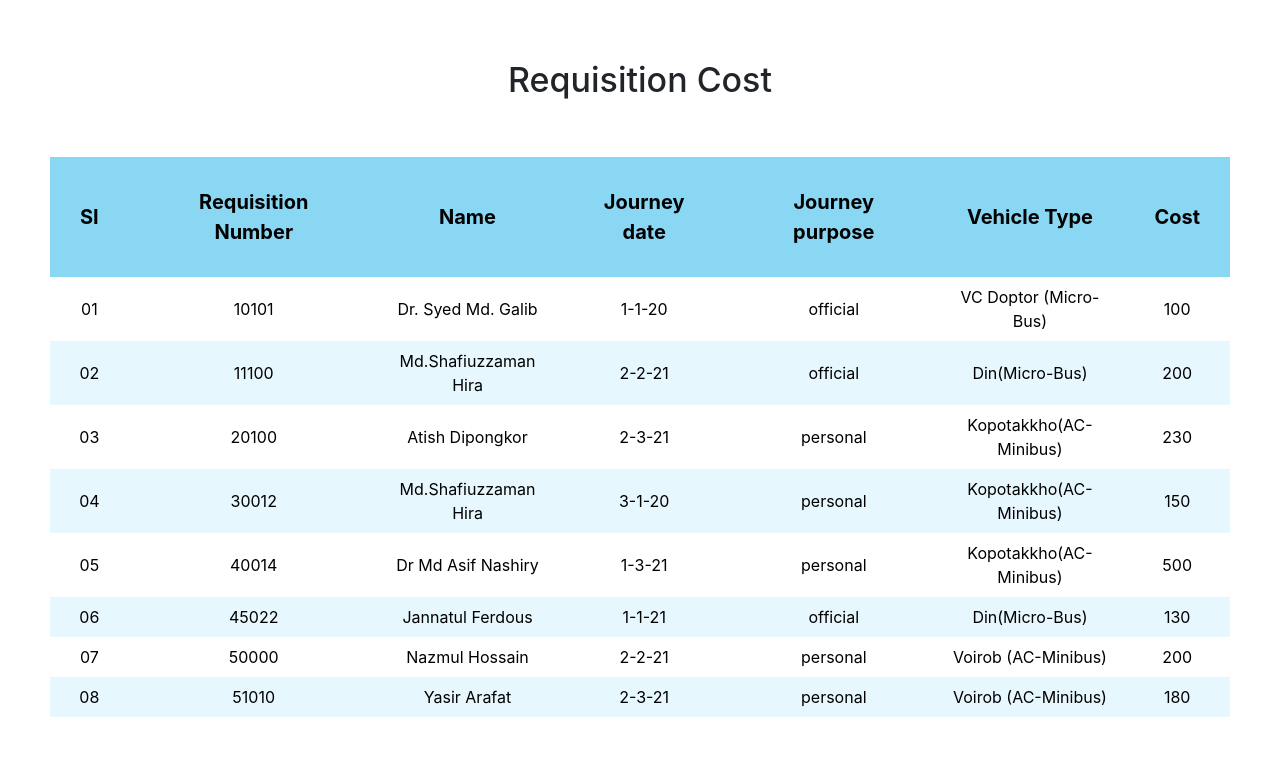
Repository: SMJNayeem/just-vms_project
Page: Front-End/html/Admin_cost.html
The author's editor kept a copy of each file at every save. The page is drawn from the files as they stood at one save, then again after the next save.
The browser window is 1280 px wide. The pictures show the whole page.

Above is the page before, as saved 2021-03-26 12:35:32.

### Front-End/html/Admin_cost.html
<!DOCTYPE html>
<html>

<head>
	<title> Admin cost </title>
</head>
<meta charset="UTF-8">
<meta http-equiv="X-UA-Compatible" content="IE=edge">
<meta name="viewport" content="width=device-width, initial-scale=1.0">
<title>My Cost</title>
<link rel="stylesheet" href="https://cdn.jsdelivr.net/npm/bootstrap@4.6.0/dist/css/bootstrap.min.css"
	integrity="sha384-B0vP5xmATw1+K9KRQjQERJvTumQW0nPEzvF6L/Z6nronJ3oUOFUFpCjEUQouq2+l" crossorigin="anonymous">
<link rel="preconnect" href="https://fonts.gstatic.com">
<link href="https://fonts.googleapis.com/css2?family=Roboto:wght@300;400;500;700&display=swap" rel="stylesheet">
<link rel="stylesheet" href="../CSS/Admin_cost.css">
<link rel="stylesheet" href="../CSS/navbar.css">

<body>
	<div class="mainTable">
		<h1> Requisition Cost </h1>
		<br><br>

		<table cellspacing="5">
			<thead>
				<th> SI </th>
				<th> Requisition Number </th>
				<th> Name </th>
				<th> Journey date </th>
				<th> Journey purpose </th>
				<th> Vehicle Type </th>
				<th> Cost </th>
			</thead>
			<tr>
				<td> 01 </td>
				<td> 10101 </td>
				<td> Dr. Syed Md. Galib </td>
				<td> 1-1-20 </td>
				<td> official </td>
				<td> VC Doptor (Micro-Bus) </td>
				<td> 100 </td>
			</tr>
			<tr>
				<td> 02 </td>
				<td> 11100 </td>
				<td> Md.Shafiuzzaman Hira </td>
				<td> 2-2-21 </td>
				<td> official </td>
				<td> Din(Micro-Bus) </td>
				<td> 200 </td>
			</tr>
			<tr>
				<td> 03 </td>
				<td> 20100 </td>
				<td> Atish Dipongkor </td>
				<td> 2-3-21 </td>
				<td> personal </td>
				<td> Kopotakkho(AC-Minibus) </td>
				<td> 230 </td>
			</tr>
			<tr>
				<td> 04 </td>
				<td> 30012 </td>
				<td> Md.Shafiuzzaman Hira </td>
				<td> 3-1-20 </td>
				<td> personal </td>
				<td> Kopotakkho(AC-Minibus) </td>
				<td> 150 </td>

			</tr>
			<tr>
				<td> 05 </td>
				<td> 40014 </td>
				<td> Dr Md Asif Nashiry </td>
				<td> 1-3-21 </td>
				<td> personal </td>
				<td> Kopotakkho(AC-Minibus) </td>
				<td> 500 </td>

			</tr>
			<tr>
				<td> 06 </td>
				<td> 45022 </td>
				<td> Jannatul Ferdous </td>
				<td> 1-1-21 </td>
				<td> official </td>
				<td> Din(Micro-Bus) </td>
				<td> 130 </td>

			</tr>
			<tr>
				<td> 07 </td>
				<td> 50000 </td>
				<td> Nazmul Hossain </td>
				<td> 2-2-21 </td>
				<td> personal </td>
				<td> Voirob (AC-Minibus) </td>
				<td> 200 </td>
			</tr>
			<tr>
				<td> 08 </td>
				<td> 51010 </td>
				<td> Yasir Arafat </td>
				<td> 2-3-21 </td>
				<td> personal </td>
				<td> Voirob (AC-Minibus) </td>
				<td> 180 </td>
			</tr>
		</table>
	</div>
</body>

</html>

### Front-End/css/Admin_cost.css
* {
    padding: 0;
    margin: 0;
}

ul,
ol {
    list-style: none;

}

a,
a:hover {
    text-decoration: none;
}

img {
    vertical-align: middle;
}

/* common css end */



table{
	margin: 15px;
	padding: 10px;
	border: 20px;
	width: 100%;
	border-collapse:collapse;
	margin: auto;
}
table thead th{
	border: 20px;
	color: black;
	padding: 30px;
	font-size: 20px;
	text-align: center;
}
table tr td{
	background-color:white-space;
	color: black;
	padding: 8px;
	font-size: 16px;
	border: none;
	text-align: center;
}
table tr:nth-child(even){
	background-color: #e6f7fd;
}
table tr:hover{
	background: #8ad7f4;
	transition: 0.5s;
}
table tr:hover td{
	color: white;
}
h1{
	text-align: center;
	font-size: 34px;
}
table tr td:nth-child(2){
	width: 250px;
	text-align: center;

}
.mainTable {
    margin: 60px 50px 50px 50px;
}
thead {
    background: #8ad7f4;
}

### Front-End/css/navbar.css
* {
    padding: 0;
    margin: 0;
}

ul,
ol {
    list-style: none;

}

a,
a:hover {
    text-decoration: none;
}

img {
    vertical-align: middle;
}

/* common css end */







/* Navbar */
.header{
    width: 100%;


}
.navbar{
    top: 0;
    left: 0;
    width: 100%;
    padding: 4px 2%;
    background-color: #fff;
    transition: all linear 0.3s;
    z-index: 999;
    box-shadow: 0px 5px 4px rgba(128, 128, 128, 0.387);
}
.logo{
    width: 70px;
    height: 70px;
}
.header .navbar a{
    display: flex;
}
.textlogo{
    height: 70px;
    width: 70px;
    margin-left: 20px;
}
.textlogofirst{
    font-family: 'Roboto', sans-serif;
    font-size: 25px;
    font-weight: 700;
}
.textlogosecond{
    font-family: 'Roboto', sans-serif;
    font-size: 18px;
    font-weight: 300;
}
.navicon{
    height: 35px;
    width: 135px;
    text-align: left;
    line-height: 30px;
    padding-left: 15px;
    padding-top: 3px;
    border-radius: 20px 10px 10px 20px;
    background-image: linear-gradient(to right,rgb(48, 185, 235),rgba(255, 255, 255,0.09));
    color: #000;
    font-family: 'Roboto', sans-serif;
    font-size: 15px;
    font-weight: 400;
}


/* navbar ENDS*/

After the next save:
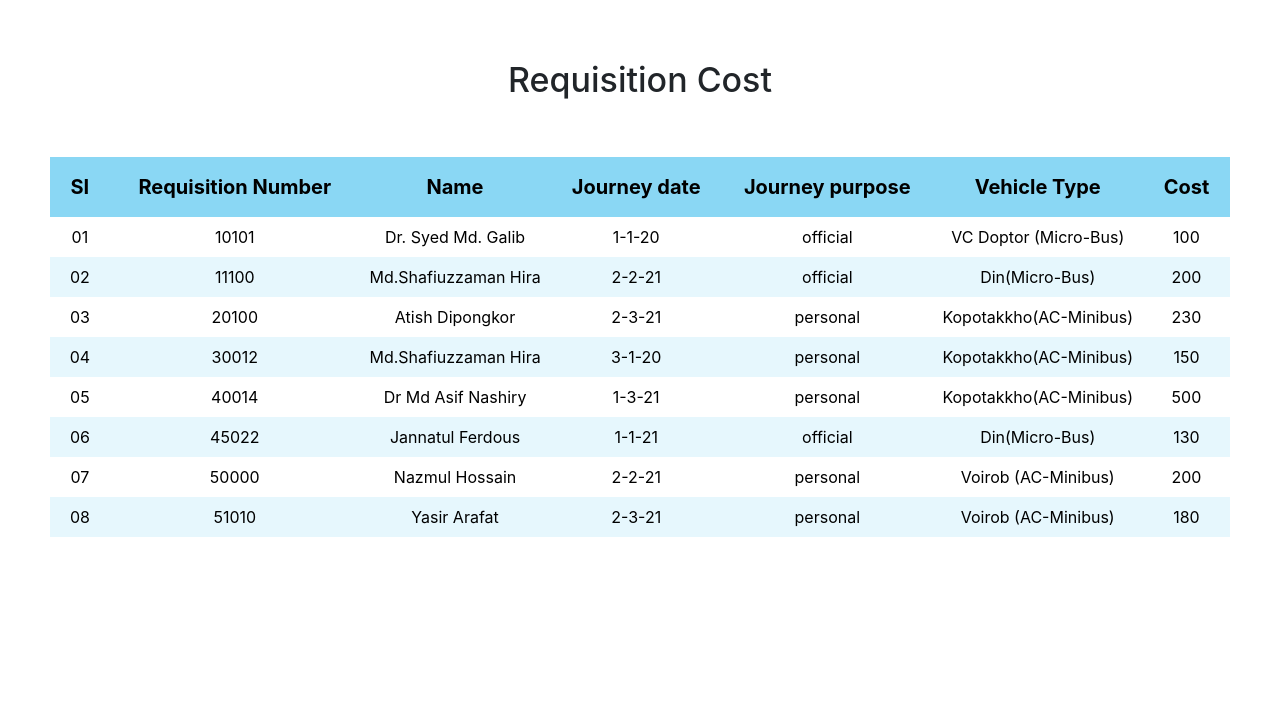
Saved 35 s later.
--- a/Front-End/css/Admin_cost.css
+++ b/Front-End/css/Admin_cost.css
@@ -33,7 +33,7 @@ table{
 table thead th{
 	border: 20px;
 	color: black;
-	padding: 30px;
+	padding: 15px 20px;
 	font-size: 20px;
 	text-align: center;
 }
